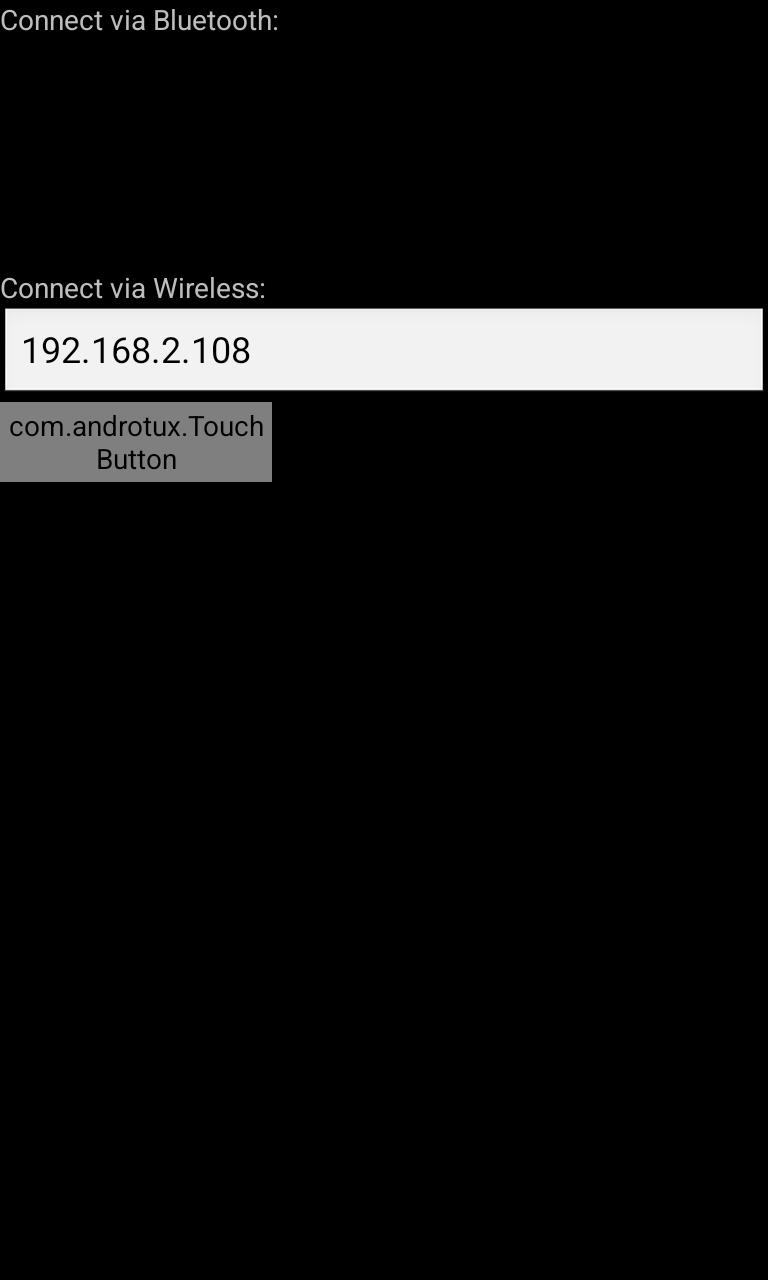
Repository: itayrom/androtux
Layout: app/AndroTux/res/layout/fragment_settings.xml
The author's editor kept a copy of each file at every save. The layout is drawn from the files as they stood at one save, then again after the next save.
Pictures or frames that could not be fetched are drawn as grey boxes. It is drawn on a 768 x 1280 px phone screen (xhdpi) without system bars, with theme android:Theme.NoTitleBar.Fullscreen; the app's code is not run. Lists and similar views that code fills are empty.

Above is the layout before, as saved 2014-09-08 22:40:28.

### app/AndroTux/res/layout/fragment_settings.xml
<!--
  Android Remote for Tux (AndroTux)
  Copyright (C) 2014 Itay Rom <1t4yr0m@gmail.com> Tal Sabo <tal.sabo@gmail.com>

  This program is free software: you can redistribute it and/or modify
  it under the terms of the GNU General Public License as published by
  the Free Software Foundation, either version 3 of the License, or
  (at your option) any later version.

  This program is distributed in the hope that it will be useful,
  but WITHOUT ANY WARRANTY; without even the implied warranty of
  MERCHANTABILITY or FITNESS FOR A PARTICULAR PURPOSE.  See the
  GNU General Public License for more details.

  You should have received a copy of the GNU General Public License
  along with this program.  If not, see <http://www.gnu.org/licenses/>.
-->
<LinearLayout xmlns:android="http://schemas.android.com/apk/res/android"
    xmlns:app="http://schemas.android.com/apk/res/com.androtux"
    android:layout_width="fill_parent"
    android:layout_height="fill_parent"
    android:orientation="vertical" >

    <TextView
        android:layout_width="fill_parent"
        android:layout_height="wrap_content"
        android:text="Connect via Bluetooth:"/>

    <ListView
        android:id="@+id/lvPaired"
        android:layout_width="match_parent"
        android:layout_height="100dp">
    </ListView>

    <TextView
        android:layout_width="fill_parent"
        android:layout_height="wrap_content"
        android:layout_marginTop="15dp"
        android:text="Connect via Wireless:" />

    <EditText
        android:id="@+id/txtWirelessIp"
        android:layout_width="match_parent"
        android:layout_height="wrap_content"
        android:text="192.168.2.108"
        android:ems="10">
	</EditText>

    <com.androtux.TouchButton
        android:id="@+id/btnConnectWireless"
        android:layout_width="136dp"
        android:layout_height="40dp"
        app:enabled="true"
        android:text="Connect" />

</LinearLayout>

After the next save:
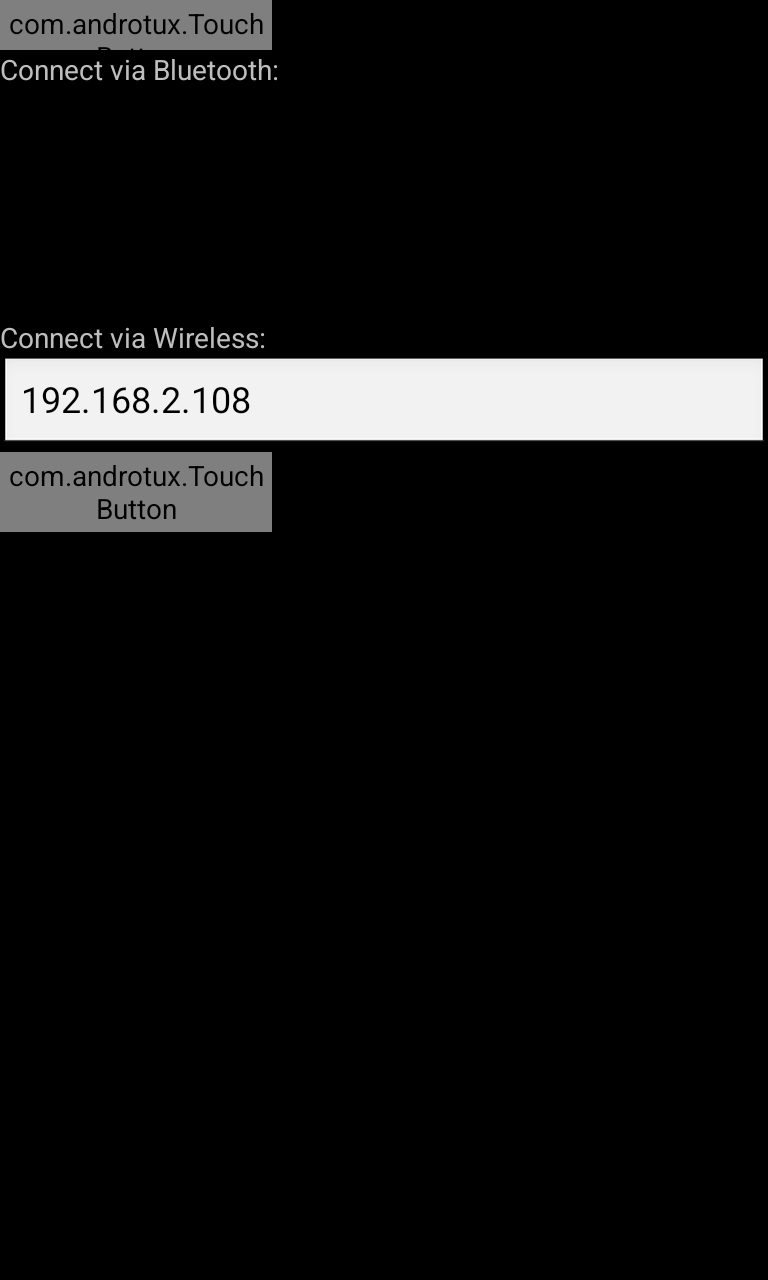
Saved 5 min 28 s later.
--- a/app/AndroTux/res/layout/fragment_settings.xml
+++ b/app/AndroTux/res/layout/fragment_settings.xml
@@ -20,6 +20,20 @@
     android:layout_width="fill_parent"
     android:layout_height="fill_parent"
     android:orientation="vertical" >
+
+    <LinearLayout
+        android:orientation="horizontal"
+        android:layout_width="match_parent"
+        android:layout_height="25dp">
+
+        <com.androtux.TouchButton
+	        android:id="@+id/btnDisconnect"
+	        android:layout_width="136dp"
+	        android:layout_height="40dp"
+	        app:enabled="false"
+	        android:text="Disconnect" />
+
+    </LinearLayout>
 
     <TextView
         android:layout_width="fill_parent"
